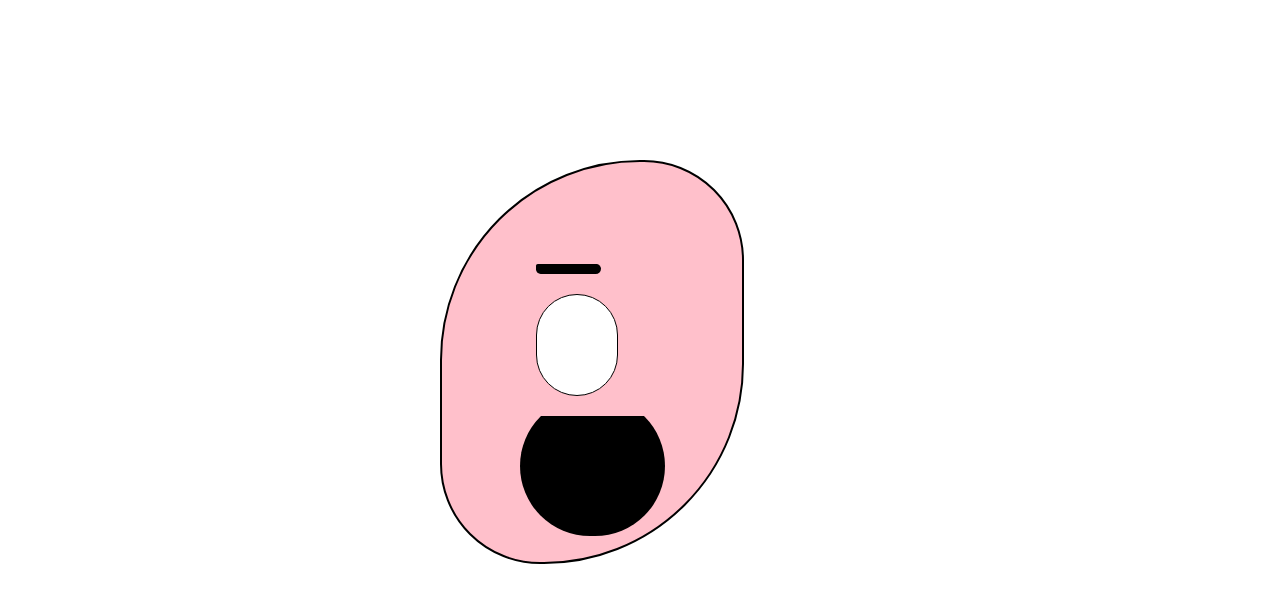
Repository: rodwestmoreland/1150
Page: cssCritter/index.html
These files come from the project's save history. The page is drawn as it stood at one moment and after the next save; the edit follows.
The browser window is 1280 px wide. The pictures show the whole page.

Above is the page before, as saved 2021-01-25 20:10:26.

### cssCritter/index.html
<!DOCTYPE html>
<html lang="en">
<head>
    <meta charset="UTF-8">
    <meta name="viewport" content="width=device-width, initial-scale=1.0">
    <link rel="stylesheet" href="style.css">
    <title>Welcome to SD 761</title>
</head>
<body>
    <div class="wrapper">
        <div class="object">  <div class="face"></div>
        <div class="left-eyebrow"></div>
          <div class="left-eye"></div>
          <div class="mouth"></div>
      </div>

</body>
</html>

### cssCritter/style.css
.wrapper{
    position: absolute;
     top: 50%;
   margin-top:-200px;
     left: 50%;
   margin: -200px 0 0 -200px;
 }

 .face{
   width: 300px;
   height: 400px;
   border: solid 2px #000;
   background-color: pink;
   border-radius: 200px 100px;
   z-index: -1;
 }


 .left-eye{
   width: 80px;
   height: 100px;
   border: solid 1px #000;
   background-color: #fff;
   border-radius: 90px;
   margin-top: 20px;
   margin-left: 6em;
   z-index: 10;
 }
 .left-eyebrow{
   width: 65px;
   height: 10px;
   background-color: #000;
   top: 50%;
   margin-top: -300px;
   margin-left: 6em;
   border-radius: 30px 80px 90px;
   z-index: 1;
 }
 .mouth{
    border-top: none;
    border-right: none;
    border-left: none;
    border-bottom: 120px solid #000;
    -webkit-border-radius: 100px;
    border-radius: 100px;
    height: 20px;
    width: 145px;
    margin: 0px auto 0;

 }

After the next save:
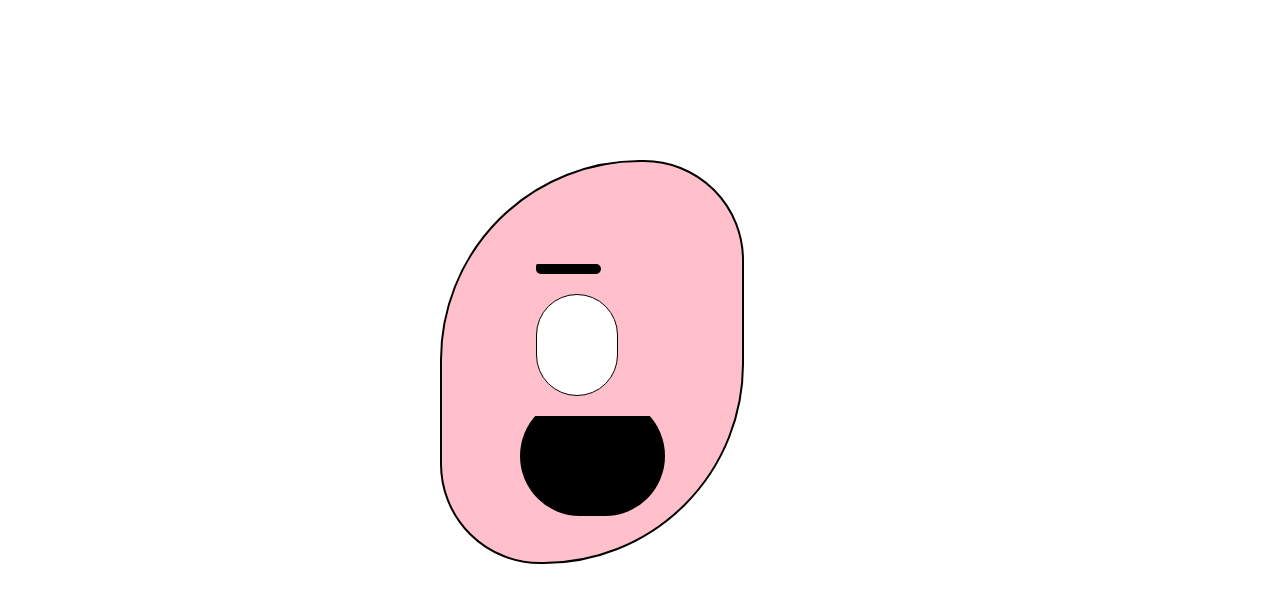
Saved 8 s later.
--- a/cssCritter/style.css
+++ b/cssCritter/style.css
@@ -40,7 +40,7 @@
     border-top: none;
     border-right: none;
     border-left: none;
-    border-bottom: 120px solid #000;
+    border-bottom: 100px solid #000;
     -webkit-border-radius: 100px;
     border-radius: 100px;
     height: 20px;
